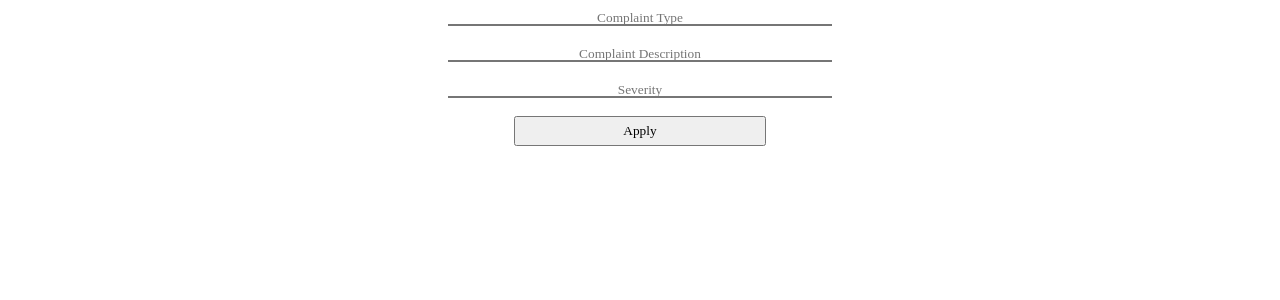
Repository: amitSai12/CMS
Page: http://localhost/ComplaintResolve/ComplaintApply.jsp
The author's editor kept a copy of each file at every save. The page is drawn from the files as they stood at one save, then again after the next save.
The browser window is 1280 px wide. The pictures show the whole page.
The page is served by Tomcat 9. Other server files are loaded and not shown.

Above is the page before, as saved 2023-10-04 16:55:23.

### Day1_Thu/ComplaintResolve/src/main/webapp/ComplaintApply.jsp
<%@page import="com.java.complaint.Complaint"%>
<%@page import="com.java.complaint.ComplaintDAO"%>
<%@page import="com.java.complaint.ComplaintDAOImpl"%>
<%@ page language="java" contentType="text/html; charset=UTF-8"
	pageEncoding="UTF-8"%>
<!DOCTYPE html>
<html>
<head>
<meta charset="UTF-8">
<title>Insert title here</title>
</head>
<body>
<center>
	<form method="get" action="ComplaintApply.jsp">
		 <input
		 type="text" name="complaintType" placeholder="Complaint Type"
		 style="width:30%; height: 10px;font-family: cursive;text-align: center;border:1;
    		border-top-style: none;border-left-style: none;border-right-style: none"><br><br>
		 <input
		type="text" name="cDescription"placeholder="Complaint Description"
		style="width:30%; height: 10px;font-family: cursive;text-align: center;border:1;
    		border-top-style: none;border-left-style: none;border-right-style: none"><br> <br>
		 <input
			type="text" name="severity"placeholder="Severity"
			style="width:30%; height: 10px;font-family: cursive;text-align: center;border:1;
    		border-top-style: none;border-left-style: none;border-right-style: none"><br><br>
		 <input
			type="submit" value="Apply"
			style="font-family: cursive;width:20%; height: 30px;">
	</form>
	</center>

	<%
	  if(request.getParameter("complaintType")!= null && request.getParameter("cDescription") != null){
		  ComplaintDAO dao = new ComplaintDAOImpl();
		  Complaint complaint = new Complaint();
		  complaint.setComplaintType(request.getParameter("complaintType"));
		  complaint.setcDescription(request.getParameter("cDescription"));
		  complaint.setSeverity(request.getParameter("severity"));
		  dao.addComplaint(complaint);
		  %>
		  <jsp:forward page="ComplaintShow.jsp"/>
		  <%
	  }
	%>
<%--
	<%
	if (request.getParameter("complaintId") != null) {
	}
	%>

	<jsp:useBean id="complaint" class="com.java.complaint.Complaint" />
	<jsp:setProperty property="*" name="complaint" />

	<jsp:useBean id="dao" class="com.java.complaint.ComplaintDAOImpl" />

	<%
	String result = dao.addComplaint(complaint);
	out.print(result);
	%> --%>


</body>
</html>

### Day1_Thu/ComplaintResolve/src/main/java/com/java/complaint/ComplaintDAO.java
package com.java.complaint;

import java.sql.SQLException;
import java.util.*;

public interface ComplaintDAO {
	String addComplaint(Complaint complaint) throws ClassNotFoundException, SQLException;
	Complaint searchComplaint(String complaintId) throws ClassNotFoundException, SQLException;
	List<Complaint> showComplaint() throws ClassNotFoundException, SQLException;
//	Complaint seatchComplaint(String complaintId, String ResolveBy, String Comments) throws ClassNotFoundException, SQLException;
	String addResolve(Resolve resolve, String complaintId, String status, Date ComplaintDate) throws ClassNotFoundException,
	SQLException;

	List<Resolve> showResolve() throws ClassNotFoundException, SQLException;


}

After the next save:
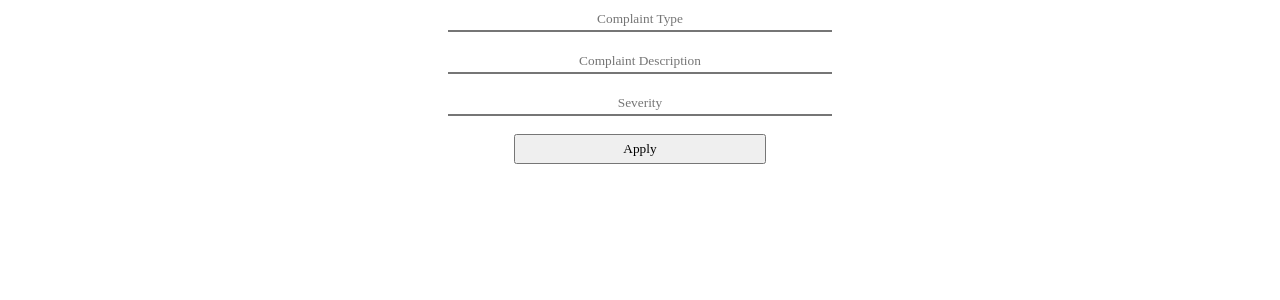
Saved 14 s later.
--- a/Day1_Thu/ComplaintResolve/src/main/webapp/ComplaintApply.jsp
+++ b/Day1_Thu/ComplaintResolve/src/main/webapp/ComplaintApply.jsp
@@ -14,15 +14,15 @@
 	<form method="get" action="ComplaintApply.jsp">
 		 <input
 		 type="text" name="complaintType" placeholder="Complaint Type"
-		 style="width:30%; height: 10px;font-family: cursive;text-align: center;border:1;
+		 style="width:30%; height: 20px;font-family: cursive;text-align: center;border:1;
     		border-top-style: none;border-left-style: none;border-right-style: none"><br><br>
 		 <input
 		type="text" name="cDescription"placeholder="Complaint Description"
-		style="width:30%; height: 10px;font-family: cursive;text-align: center;border:1;
+		style="width:30%; height: 20px;font-family: cursive;text-align: center;border:1;
     		border-top-style: none;border-left-style: none;border-right-style: none"><br> <br>
 		 <input
 			type="text" name="severity"placeholder="Severity"
-			style="width:30%; height: 10px;font-family: cursive;text-align: center;border:1;
+			style="width:30%; height: 20px;font-family: cursive;text-align: center;border:1;
     		border-top-style: none;border-left-style: none;border-right-style: none"><br><br>
 		 <input
 			type="submit" value="Apply"
